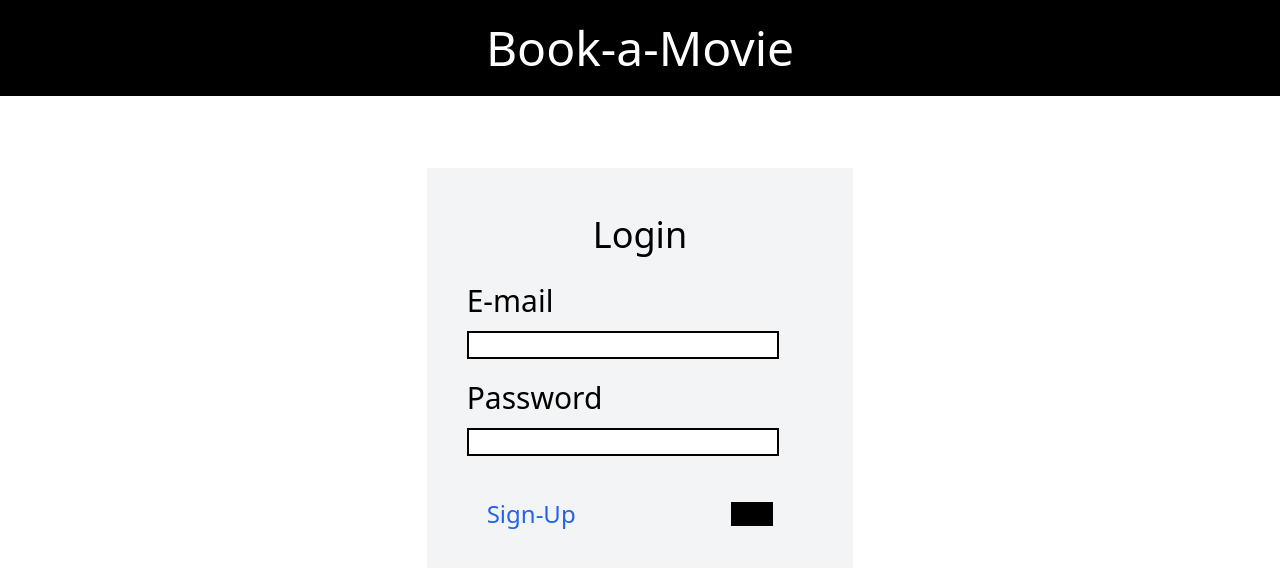
Repository: BhumilModi/movie-booking-app-assignment
Page: /
An editor plug-in stored every save of this project. The page is shown before and after the next save, followed by the edit.
The browser window is 1280 px wide. The pictures show the whole page.
The project was rebuilt for these pictures with package versions that can differ from the ones it lists, and the page was loaded fresh each time. Also part of the build but not shown: src/App.css.

Above is the page before, as saved 2022-11-29 18:19:33.

After the next save:
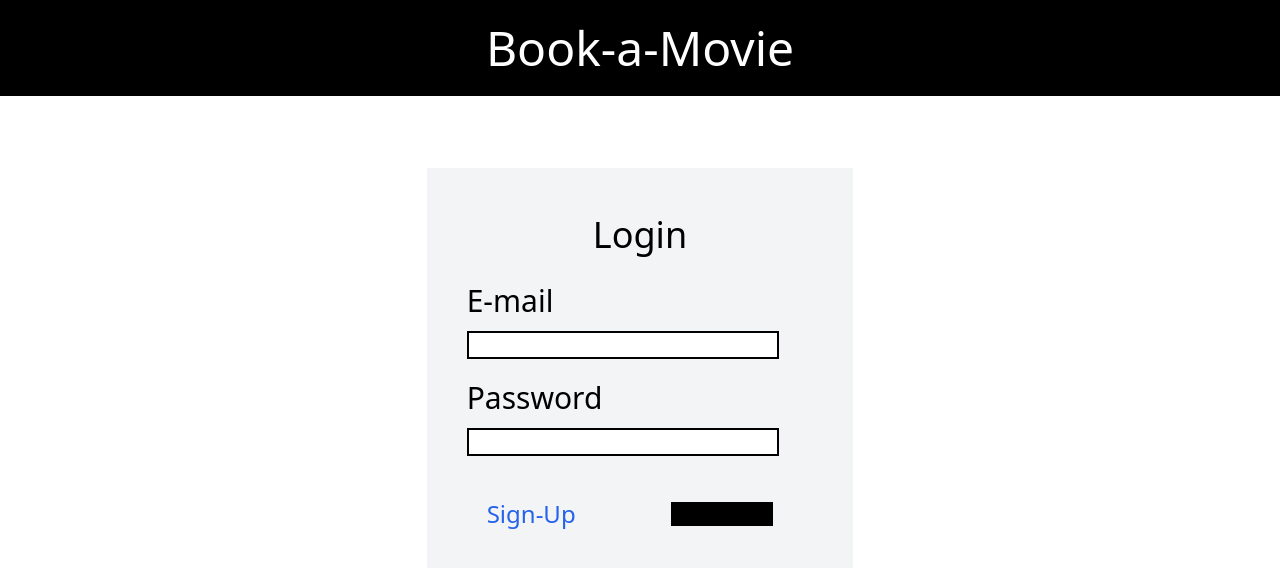
Saved 5 s later.
--- a/src/components/Login.jsx
+++ b/src/components/Login.jsx
@@ -15,7 +15,7 @@ function Login() {
           <p className="text-[24px] ml-5 text-blue-600 cursor-pointer">
             Sign-Up
           </p>
-          <button className="bg-black w-50">Login</button>
+          <button className="bg-black w-1/3">Login</button>
         </div>
       </div>
     </div>
